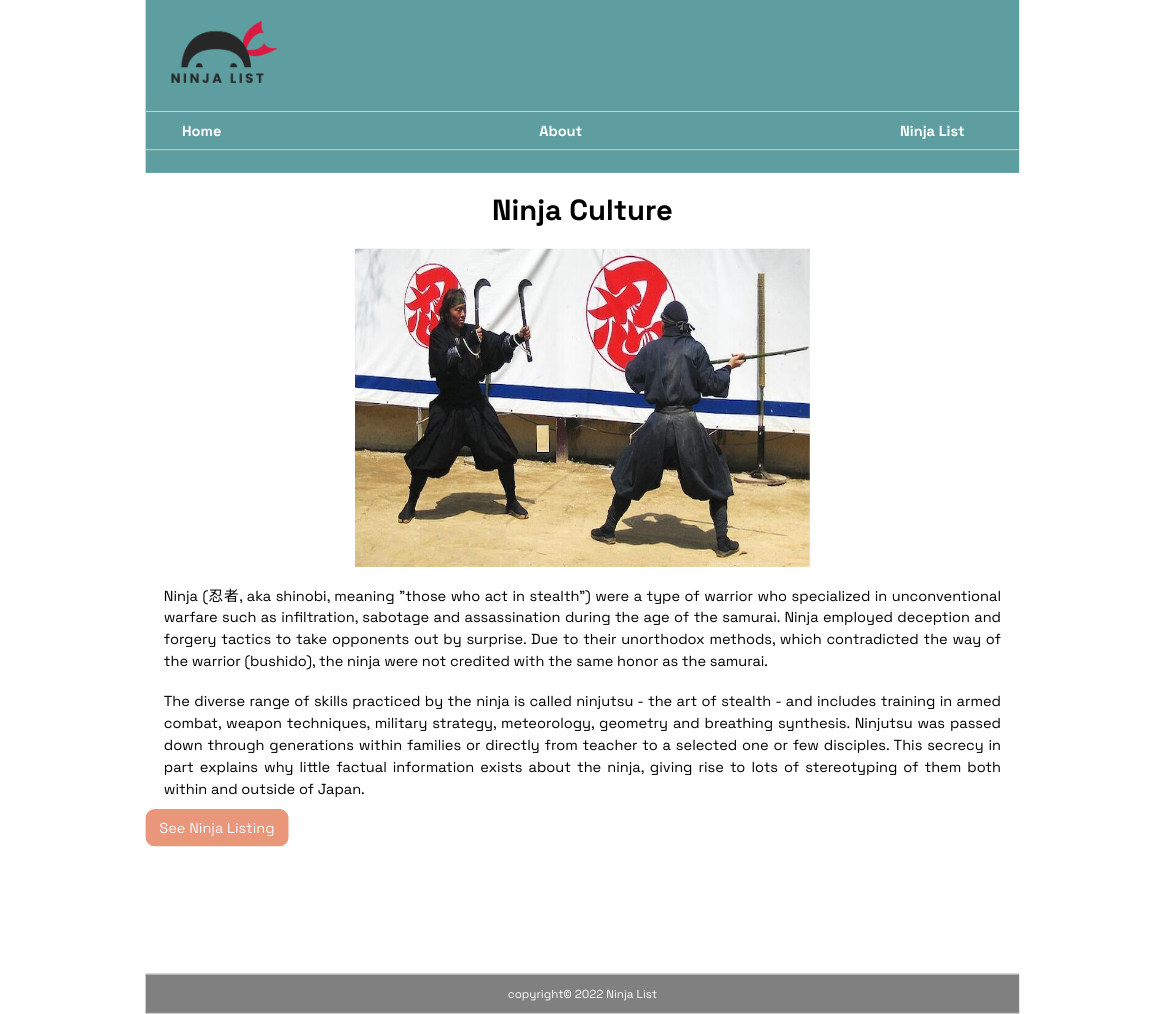
Repository: SaadYasin/ninja-list-next-training
Page: /
An editor plug-in stored every save of this project. The page is shown before and after a run of saves, followed by the edit.
The browser window is 1280 px wide. The pictures show the whole page, at 91% of full size.
The project was rebuilt for these pictures with package versions that can differ from the ones it lists, and the page was loaded fresh each time. The framework's server and built-in components were replaced by stand-ins that run in the browser. Also part of the build but not shown: next.config.js.

Above is the page before, as saved 2022-10-15 23:44:55.

After the next 2 saves:
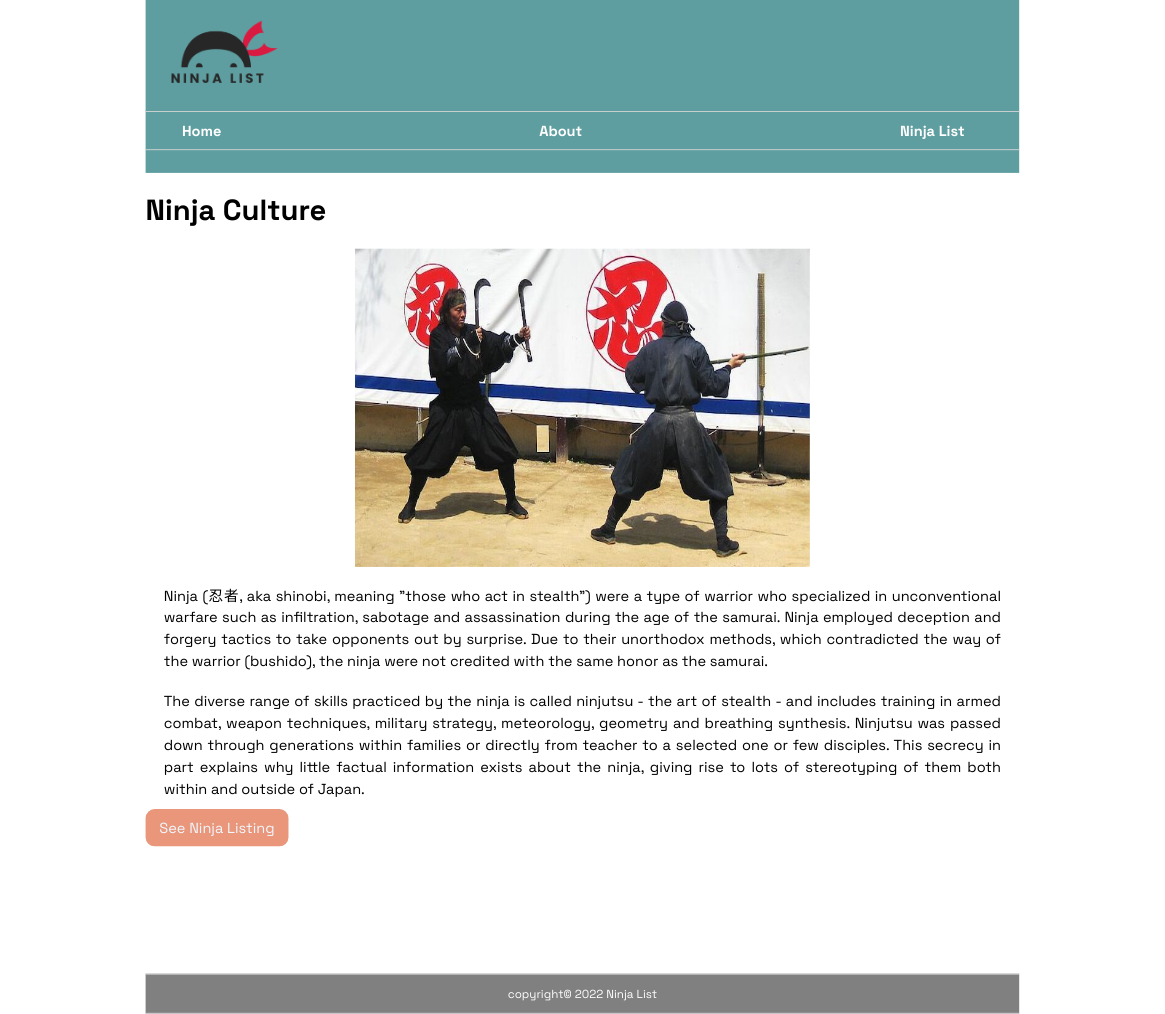
The 2 saves are shown as one change because they came seconds apart.
The last was saved 55 s later.
--- a/styles/Home.module.css
+++ b/styles/Home.module.css
@@ -1,3 +1,5 @@
+.main
+
 .heading {
   text-align: center;
 }

After the 3 saves that followed:
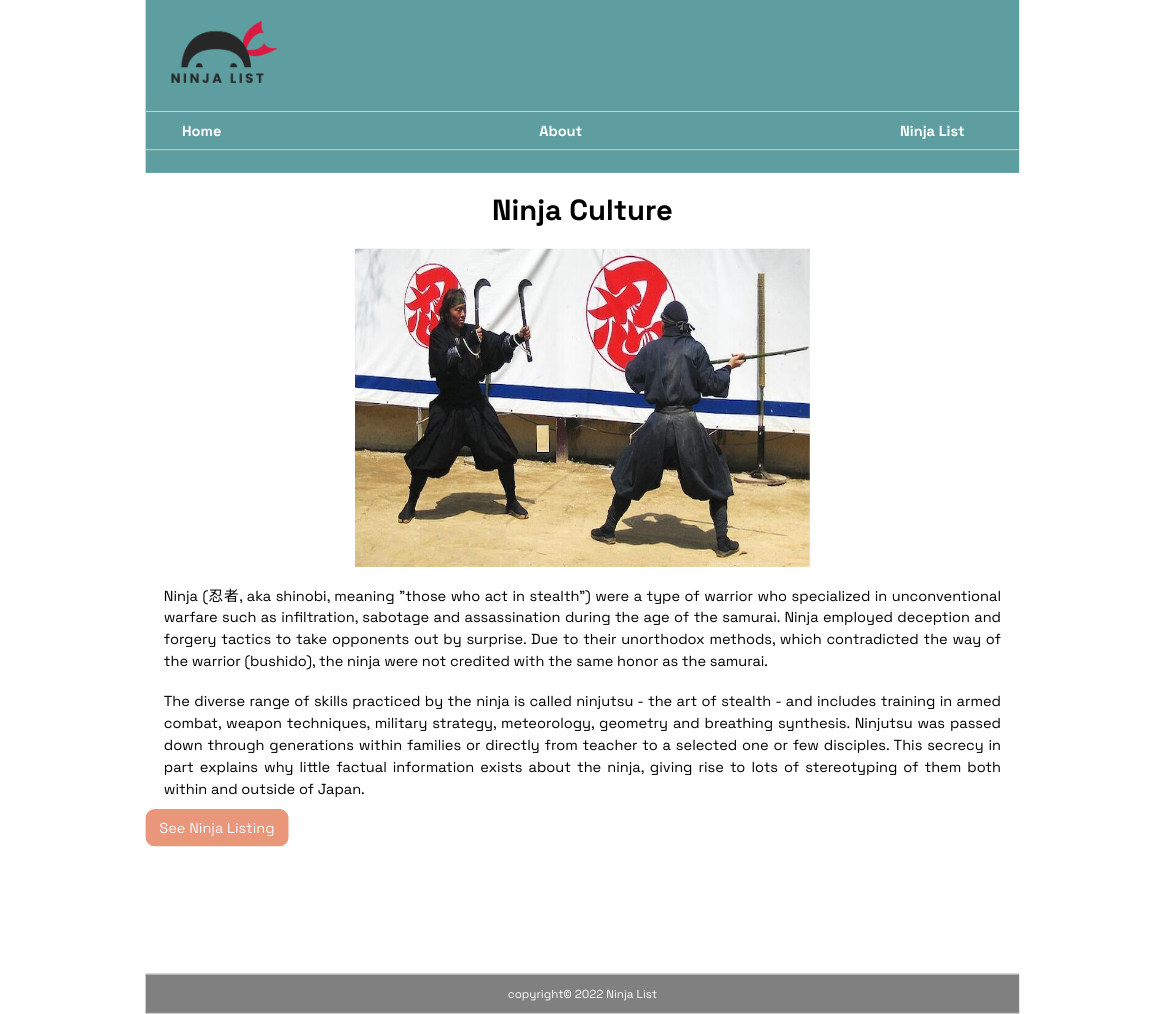
The 3 saves are shown as one change because 1 left the picture as it was and some came seconds apart.
The last was saved 19 s later.
--- a/styles/Home.module.css
+++ b/styles/Home.module.css
@@ -1,4 +1,6 @@
-.main
+.mainContainer {
+
+}
 
 .heading {
   text-align: center;
